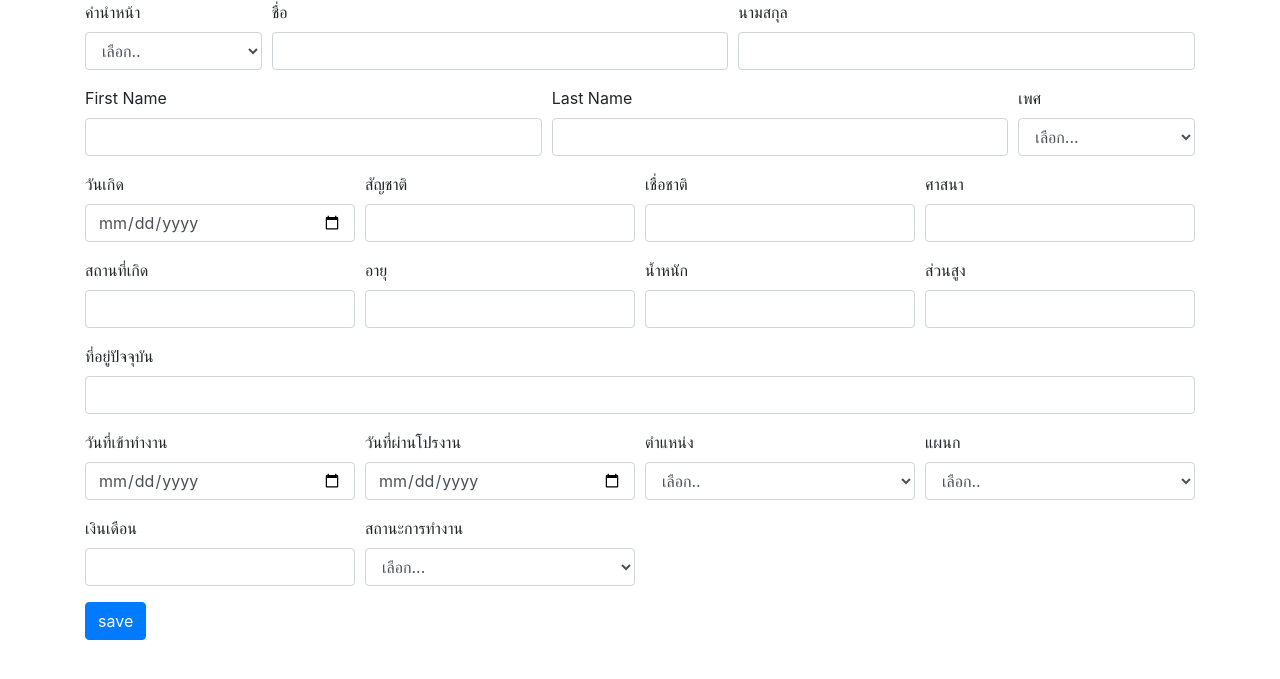
Repository: p2job/javawebapp
Page: http://localhost/demojsp/insert.jsp
An editor plug-in stored every save of this project. The page is shown before and after the next save, followed by the edit.
The browser window is 1280 px wide. The pictures show the whole page.
The page is served by Tomcat 9. Queries for data that is not in the repository find no rows.

Above is the page before, as saved 2020-07-31 07:24:22.

### demojsp/WebContent/insert.jsp
<%@page contentType="text/html" pageEncoding="UTF-8"%>
<%@ page import="java.sql.*"  %>
<!DOCTYPE html>
<html>

<head>
    <meta http-equiv="Content-Type" content="text/html; charset=UTF-8">
    <meta name="viewport" content="width=device-width, initial-scale=1, shrink-to-fit=no">
    <link rel="stylesheet" href="https://stackpath.bootstrapcdn.com/bootstrap/4.5.0/css/bootstrap.min.css" integrity="sha384-9aIt2nRpC12Uk9gS9baDl411NQApFmC26EwAOH8WgZl5MYYxFfc+NcPb1dKGj7Sk" crossorigin="anonymous">
    <title>Insert Employee</title>
</head>

<body>
    <div class="container">
        <form action="insert.jsp" method="post">
            <div class="form-row">
                <div class="form-group col-md-2">
                    <label for="inputName_Prefix">คำนำหน้า</label>
                    <select id="Name_Prefix" class="form-control" name="Name_Prefix">
                        <option selected>เลือก..</option>
                        <option value="นาย">นาย</option>
                        <option value="นาง">นาง</option>
                        <option value="นางสาว">นางสาว</option>
                    </select>
                </div>
                <div class="form-group col-md-5">
                    <label for="inputFirst_Name">ชื่อ</label>
                    <input type="text" class="form-control" id="First_Name" name="First_Name">
                </div>
                <div class="form-group col-md-5">
                    <label for="inputLast_Name">นามสกุล</label>
                    <input type="text" class="form-control" id="Last_Name" name="Last_Name">
                </div>
            </div>
            <div class="form-row">
                <div class="form-group col-md-5">
                    <label for="inputFirst_Name_Eng">First Name</label>
                    <input type="text" class="form-control" id="First_Name_Eng" name="First_Name_Eng">
                </div>
                <div class="form-group col-md-5">
                    <label for="inputLast_Name_Eng">Last Name</label>
                    <input type="text" class="form-control" id="Last_Name_Eng" name="Last_Name_Eng">
                </div>
                <div class="form-group col-md-2">
                    <label for="inputSex">เพศ</label>
                    <select id="Sex" class="form-control" name="Sex">
                        <option selected>เลือก...</option>
                        <option value="M">ชาย</option>
                        <option value="F">หญิง</option>
                    </select>
                </div>
            </div>
            <div class="form-row">
                <div class="form-group col-md-3">
                    <label for="inputBirth_Date">วันเกิด</label>
                    <input type="date" class="form-control" id="Birth_Date" name="Birth_Date">
                </div>
                <div class="form-group col-md-3">
                    <label for="inputPhone_Number">สัญชาติ</label>
                    <input type="text" class="form-control" id="Phone_Number" name="Phone_Number">
                </div>
                <div class="form-group col-md-3">
                    <label for="inputPhone_Number">เชื่อชาติ</label>
                    <input type="text" class="form-control" id="Phone_Number" name="Phone_Number">
                </div>
                <div class="form-group col-md-3">
                    <label for="inputPhone_Number">ศาสนา</label>
                    <input type="text" class="form-control" id="Phone_Number" name="Phone_Number">
                </div>
            </div>
            <div class="form-row">
                <div class="form-group col-md-3">
                    <label for="inputBirth_Date">สถานที่เกิด</label>
                    <input type="text" class="form-control" id="Birth_Date" name="Birth_Date">
                </div>
                <div class="form-group col-md-3">
                    <label for="inputPhone_Number">อายุ</label>
                    <input type="text" class="form-control" id="Phone_Number" name="Phone_Number">
                </div>
                <div class="form-group col-md-3">
                    <label for="inputPhone_Number">น้ำหนัก</label>
                    <input type="text" class="form-control" id="Phone_Number" name="Phone_Number">
                </div>
                <div class="form-group col-md-3">
                    <label for="inputPhone_Number">ส่วนสูง</label>
                    <input type="text" class="form-control" id="Phone_Number" name="Phone_Number">
                </div>
            </div>
            <div class="form-row">
                <div class="form-group col-md-12">
                    <label for="inputBirth_Date">ที่อยู่ปัจจุบัน</label>
                    <input type="text" class="form-control" id="Birth_Date" name="Birth_Date">
                </div>
            </div>
            <div class="form-row">
                <div class="form-group col-md-3">
                    <label for="inputHire_Date">วันที่เข้าทำงาน</label>
                    <input type="date" class="form-control" id="Hire_Date" name="Hire_Date">
                </div>
                <div class="form-group col-md-3">
                    <label for="inputProbation_Date">วันที่ผ่านโปรงาน</label>
                    <input type="date" class="form-control" id="Probation_Date" name="Probation_Date">
                </div>
                <div class="form-group col-md-3">
                <%
	Connection connect = null;
	ResultSet rec = null;
	Statement s= null;

	try {
		Class.forName("com.mysql.jdbc.Driver");
		connect =  DriverManager.getConnection("jdbc:mysql://localhost/employee" +
				"?user=root&password=");
		s = connect.createStatement();
		String sql="SELECT * FROM position";
		rec=s.executeQuery(sql);


	} catch (Exception e) {
		// TODO Auto-generated catch block
		out.println(e.getMessage());
		e.printStackTrace();
	}

	%>
                    <label for="inputPosition_ID">ตำแหน่ง</label>
                    <select id="Position_ID" class="form-control" name="Position_ID">
                        <option selected>เลือก..</option>
                        <% while((rec!=null)&&(rec.next())) {%>
                        <option value="<%= rec.getString("Position_ID") %>"><%= rec.getString("Position_Name") %></option>
                         <% } %>
                    </select>
                </div>
                <%
	try {
		Class.forName("com.mysql.jdbc.Driver");
		connect =  DriverManager.getConnection("jdbc:mysql://localhost/employee" +
				"?user=root&password=");
		s = connect.createStatement();
		String sql="SELECT * FROM department";
		rec=s.executeQuery(sql);


	} catch (Exception e) {
		// TODO Auto-generated catch block
		out.println(e.getMessage());
		e.printStackTrace();
	}

	%>
                <div class="form-group col-md-3">
                    <label for="inputDepartment_ID">แผนก</label>
                    <select id="Department_ID" class="form-control" name="Department_ID">
                        <option selected>เลือก..</option>
                        <% while((rec!=null)&&(rec.next())) {%>
                        <option value="<%= rec.getString("Department_ID") %>"><%= rec.getString("Department_Name") %></option>
                         <% } %>
                    </select>
                </div>
            </div>
            <div class="form-row">
                <div class="form-group col-md-3">
                    <label for="inputSalary">เงินเดือน</label>
                    <input type="text" class="form-control" id="Salary" name="Salary">
                </div>
                <div class="form-group col-md-3">
                    <label for="inputStatus">สถานะการทำงาน</label>
                    <select id="Status" class="form-control" name="Status">
                        <option selected>เลือก...</option>
                        <option value="2">ทำงานอยู่</option>
                        <option value="1">พักงาน</option>
                        <option value="0">ลาออก</option>
                    </select>
                </div>
            </div>
            <button type="submit" class="btn btn-primary">save</button>
        </form>
    </div>


    <script src="https://code.jquery.com/jquery-3.5.1.slim.min.js" integrity="sha384-DfXdz2htPH0lsSSs5nCTpuj/zy4C+OGpamoFVy38MVBnE+IbbVYUew+OrCXaRkfj" crossorigin="anonymous"></script>
    <script src="https://cdn.jsdelivr.net/npm/popper.js@1.16.0/dist/umd/popper.min.js" integrity="sha384-Q6E9RHvbIyZFJoft+2mJbHaEWldlvI9IOYy5n3zV9zzTtmI3UksdQRVvoxMfooAo" crossorigin="anonymous"></script>
    <script src="https://stackpath.bootstrapcdn.com/bootstrap/4.5.0/js/bootstrap.min.js" integrity="sha384-OgVRvuATP1z7JjHLkuOU7Xw704+h835Lr+6QL9UvYjZE3Ipu6Tp75j7Bh/kR0JKI" crossorigin="anonymous"></script>
</body>

</html>

After the next save:
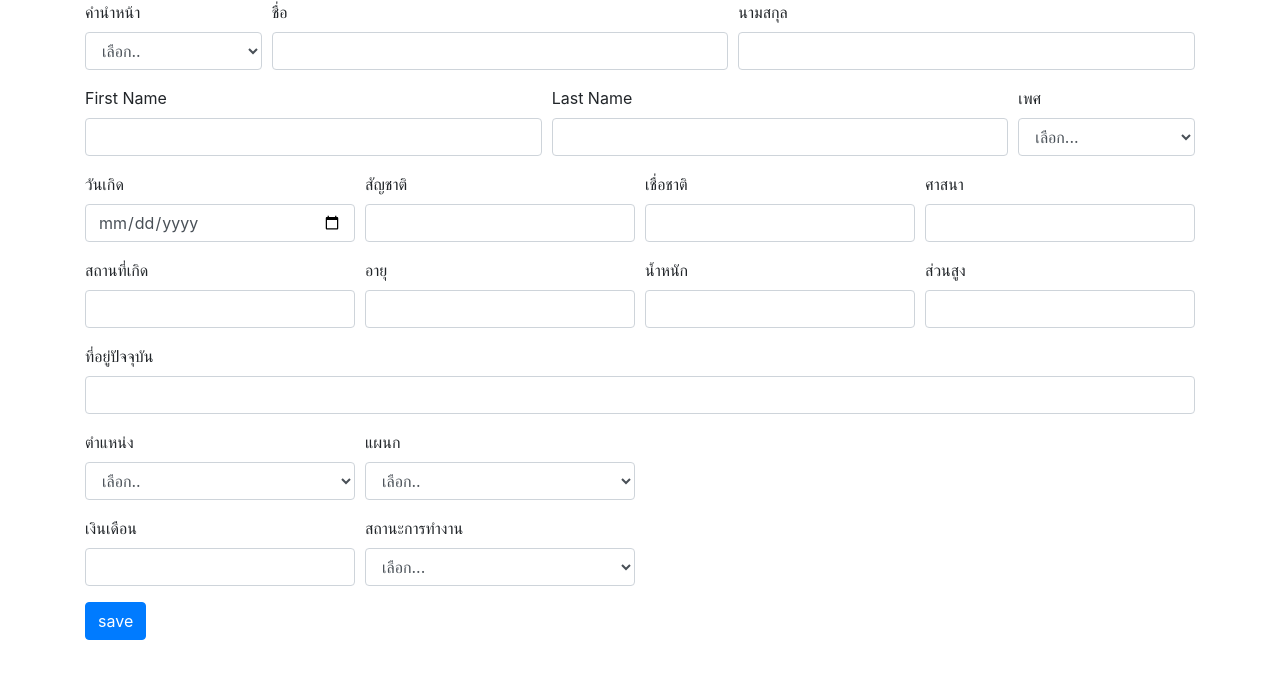
Saved 19 s later.
--- a/demojsp/WebContent/insert.jsp
+++ b/demojsp/WebContent/insert.jsp
@@ -94,14 +94,6 @@
             </div>
             <div class="form-row">
                 <div class="form-group col-md-3">
-                    <label for="inputHire_Date">วันที่เข้าทำงาน</label>
-                    <input type="date" class="form-control" id="Hire_Date" name="Hire_Date">
-                </div>
-                <div class="form-group col-md-3">
-                    <label for="inputProbation_Date">วันที่ผ่านโปรงาน</label>
-                    <input type="date" class="form-control" id="Probation_Date" name="Probation_Date">
-                </div>
-                <div class="form-group col-md-3">
                 <%
 	Connection connect = null;
 	ResultSet rec = null;
